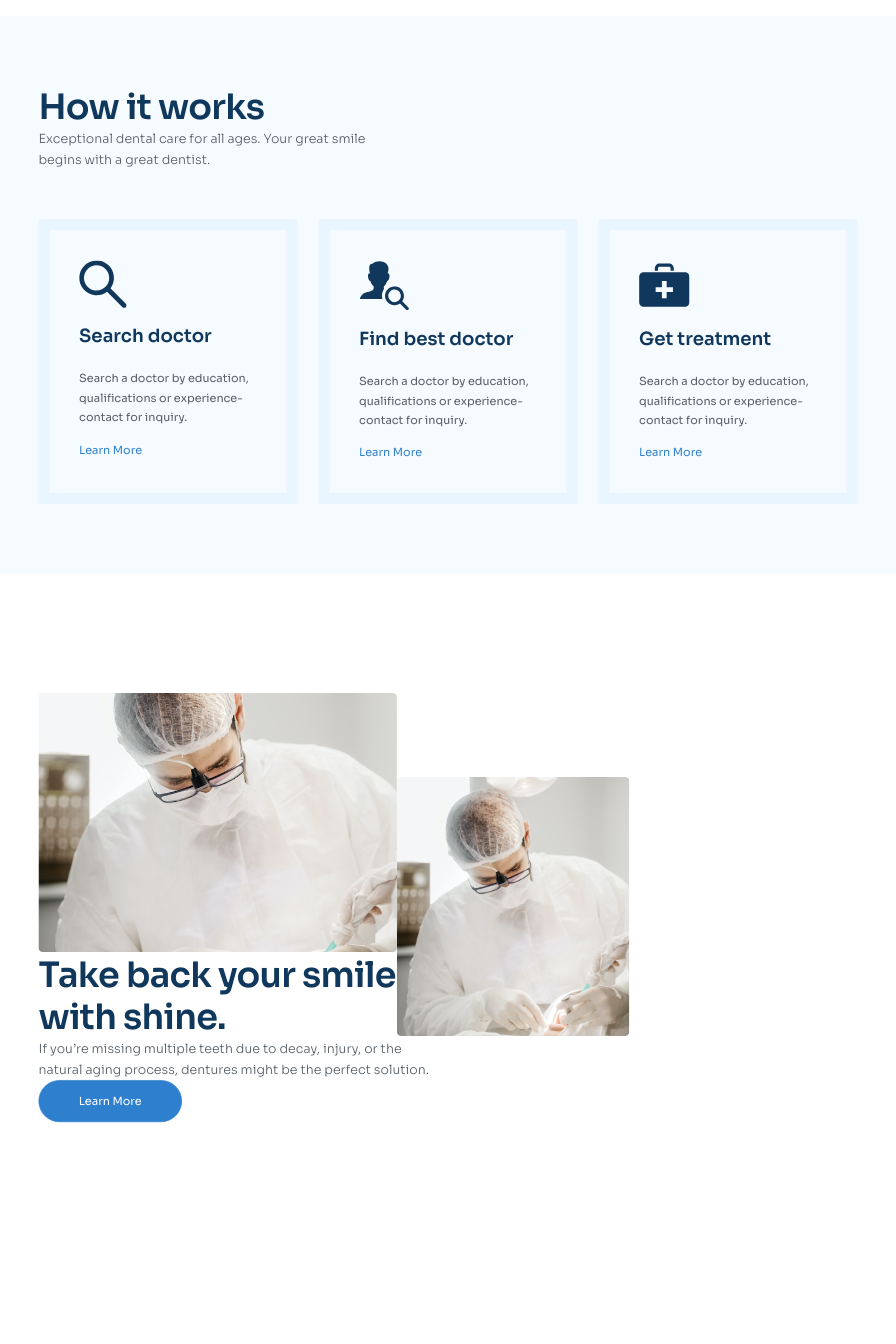
Repository: Tran-Dat/F8_Project_03
Page: index.html
An editor plug-in stored every save of this project. The page is shown before and after the next save, followed by the edit.
The browser window is 1280 px wide. The pictures show the part of the page from y = 1880 to 3800 px (the page is 3800 px tall), at 70% of full size.

Above is the page before, as saved 2023-04-03 16:12:56.

After the next save:
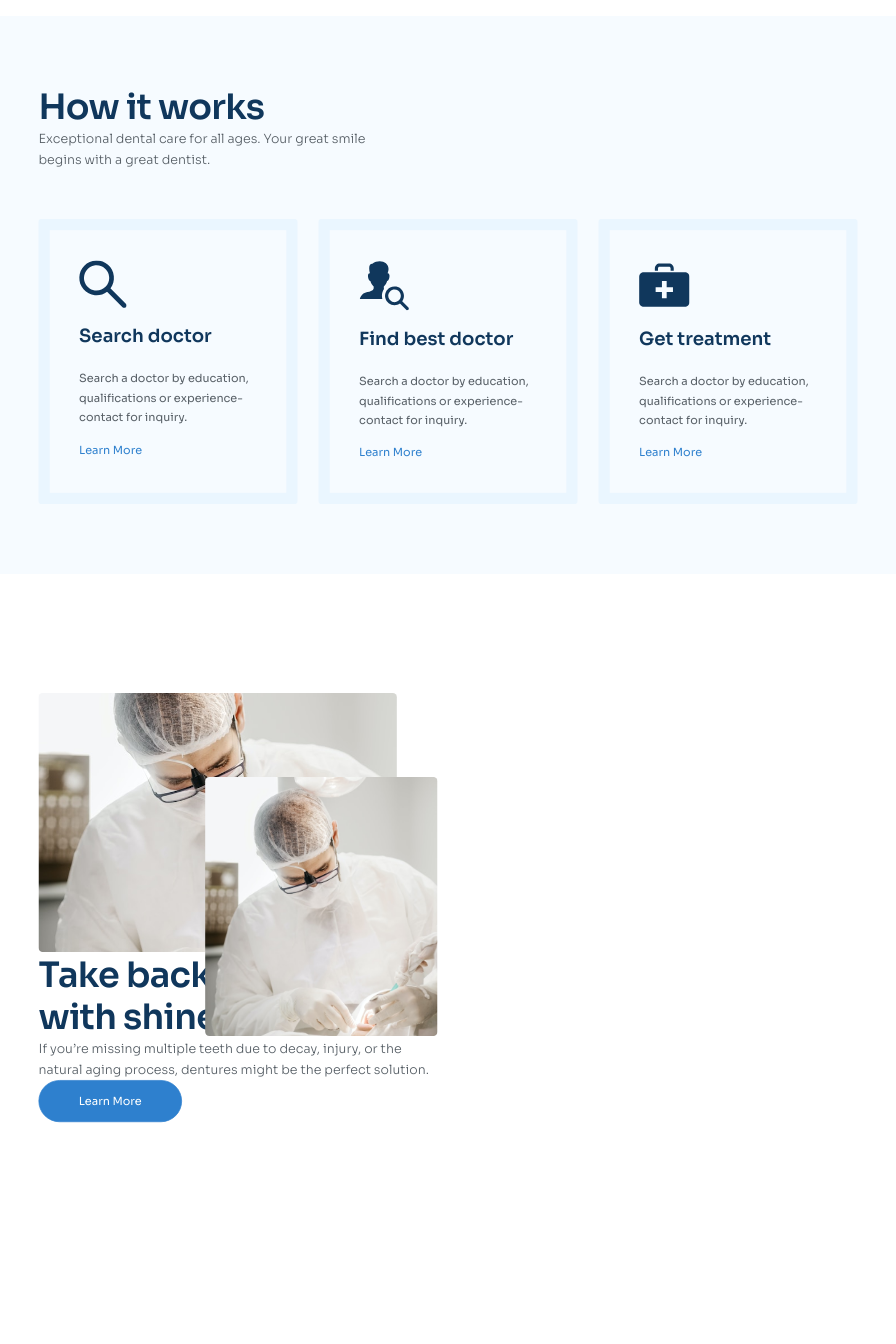
Saved 11 s later.
--- a/assets/css/style.css
+++ b/assets/css/style.css
@@ -406,5 +406,6 @@ a {
 .feature__img:last-child {
     position: absolute;
     top: 120px;
+    left: 238px;
     width: 332px;
 }
